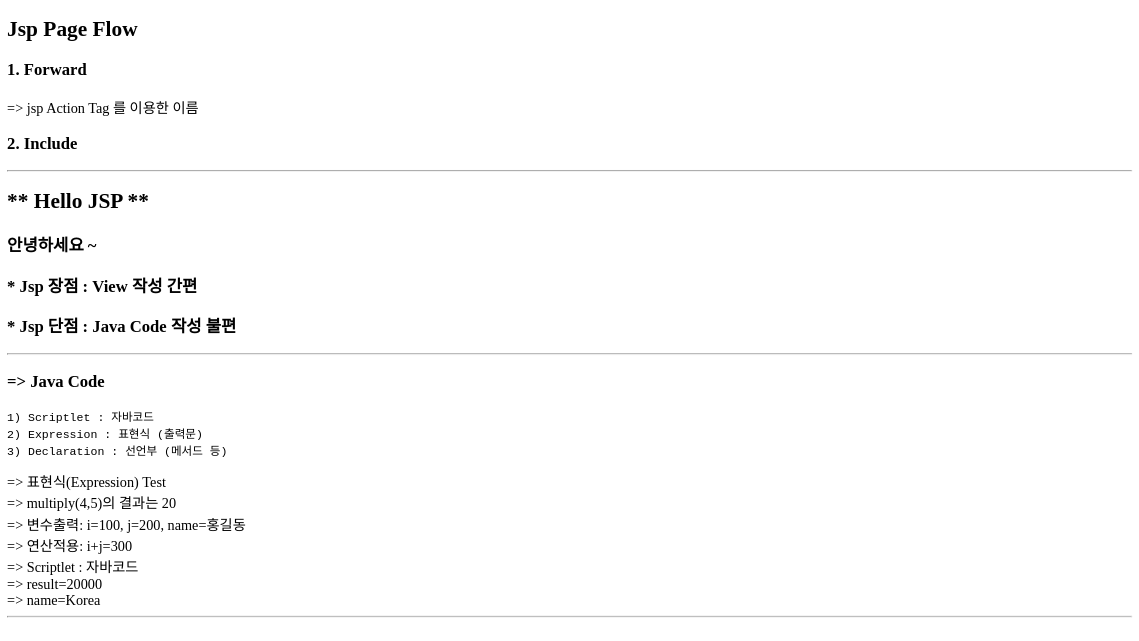
Repository: nameground/Java
Page: http://localhost/Web01/jsp01/ex04_PageFlow.jsp
An editor plug-in stored every save of this project. The page is shown before and after the next save, followed by the edit.
The browser window is 1280 px wide. The pictures show the whole page, at 89% of full size.
The page is served by Tomcat 9. Nobody is signed in. The application's start-up code is not run.

Above is the page before, as saved 2023-10-12 07:10:43.

After the next save:
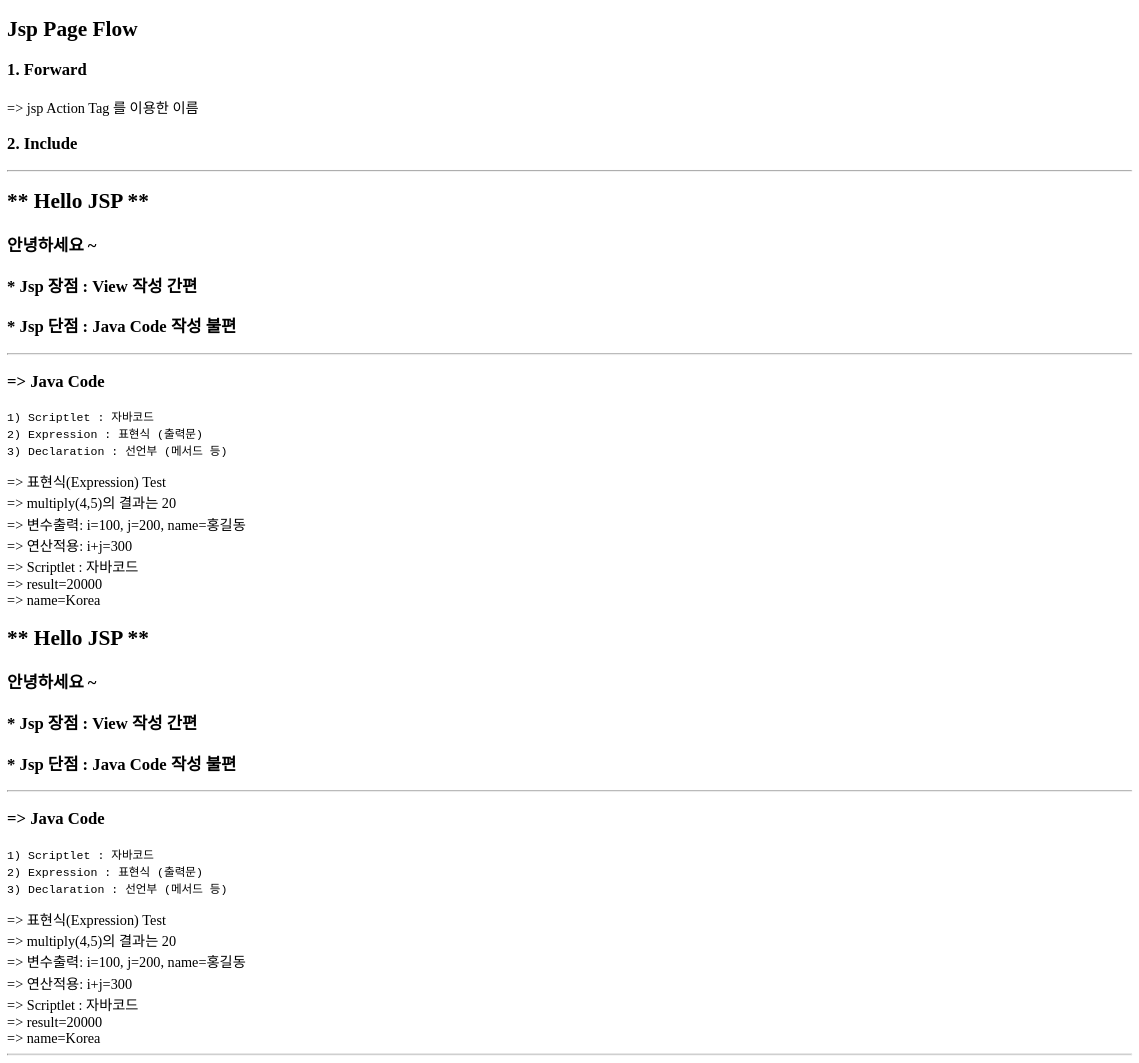
Saved 77 s later.
--- a/mTest/Mywork/Web01/src/main/webapp/jsp01/ex04_PageFlow.jsp
+++ b/mTest/Mywork/Web01/src/main/webapp/jsp01/ex04_PageFlow.jsp
@@ -21,6 +21,7 @@
 <h3>2. Include</h3>
 <hr>
 <jsp:include page = "ex01_HelloJsp.jsp" />
+<%@ include file = "ex01_HelloJsp.jsp" %>
 <hr>
 
 </body>
